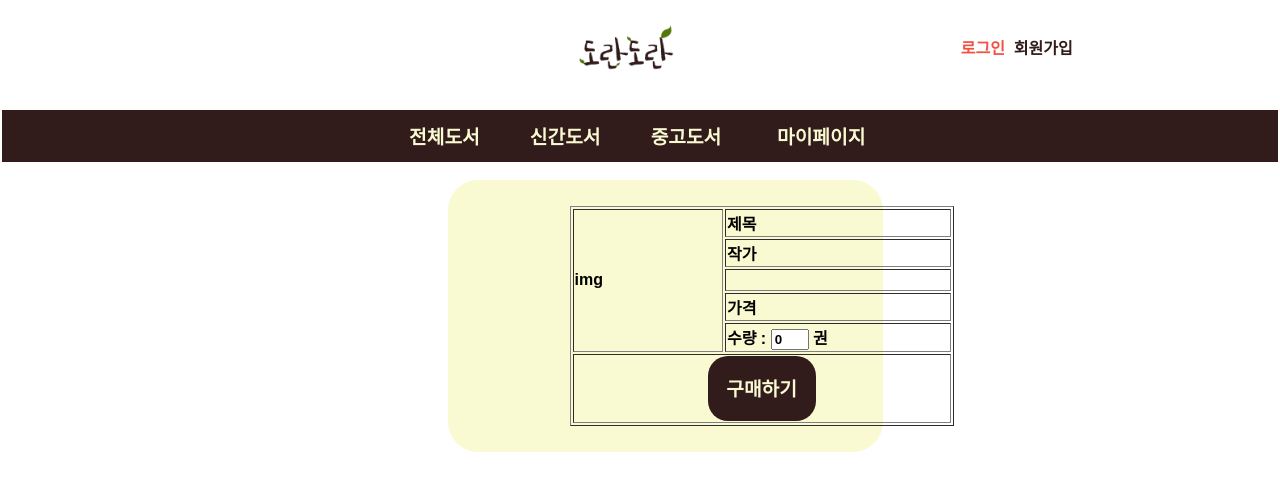
Repository: juhyun110701/DORANDORAN
Page: http://localhost/dorandoran/bookView.jsp
The author's editor kept a copy of each file at every save. The page is drawn from the files as they stood at one save, then again after a run of saves.
The browser window is 1280 px wide. The pictures show the whole page.
Some web fonts or font styles are not loaded; a fallback is used. The page is served by Tomcat 9. Other server files are loaded and not shown.

Above is the page before, as saved 2019-07-31 12:31:24.

### dorandoran/WebContent/bookView.jsp
<%@ page language="java" contentType="text/html; charset=UTF-8"
    pageEncoding="UTF-8" import="java.sql.*"%>
<%@ page import="doran.db.connection.DBConnection" %>
<!DOCTYPE html>
<html>
<head>
<meta charset="utf-8">
<title>도란도란</title>
<!--
<link rel="shortcut icon" href="img/logo.png">
<link rel="apple-touch-icon" href="img/logo_apple.png">
-->
<link rel="stylesheet" href="css/bookView.css">
<link href="https://fonts.googleapis.com/css?family=Sunflower:300&display=swap" rel="stylesheet">
<script>
//maxlength 체크
function maxLengthCheck(object){
 if (object.value.length > object.maxLength){
  object.value = object.value.slice(0, object.maxLength);
 }
}
</script>
</head>
<body>
<jsp:include page="top.jsp" flush="false"/><p>
<%
	//db연결
	Connection conn=null;
    PreparedStatement pstmt=null;
    String sql="select * from book where ";
%>
<div id="box">
<table border=1 id="whole" style="margin-left:25%;">
	<tr>
		<td rowspan=5 width="40%">img</td>
		<td>제목</td>
	</tr>
	<tr>
		<td>작가</td>
	</tr>
	<tr>
		<td><br></td>
	</tr>
	<tr>
		<td>가격</td>
	</tr>
	<tr>
		<td>
			수량 : <input type="number" name="amount" value=0 max=99 maxlength=2 style="width:30px;" oninput="maxLengthCheck(this)"> 권
		</td>
	</tr>
	<tr>
		<td colspan=2 align="center">
			<input type="button" id="buy" class="btn" value="구매하기">
		</td>
	</tr>
</table>
</div>

</body>
</html>

### dorandoran/WebContent/top.jsp
<%@ page language="java" contentType="text/html; charset=UTF-8"
    pageEncoding="UTF-8"%>
<!DOCTYPE html>
<html>
<head>
<meta charset="utf-8">
<title>도란도란</title>
<!--
<link rel="shortcut icon" href="img/logo.png">
<link rel="apple-touch-icon" href="img/logo_apple.png">
-->
<link rel="stylesheet" href="css/index.css">
<link href="https://fonts.googleapis.com/css?family=Sunflower:300&display=swap" rel="stylesheet">
<script>
	function check(){
		alert("로그인 후 이용하실 수 있습니다");
		return ;
	}
</script>
</head>
<body>
    <table id="whole">
        <tr>
            <td width="45%"></td>
            <td width="10%"><a href="index.jsp"><img src="img/logo.png" width="80%"></a></td>
            <td width="45%" style="padding-left:20%;">
            <div id="login"></div>
                		<a href="login.jsp" class="top_menu" style="color:#f54e42;" target="_top">로그인</a>&nbsp;
                		<a href="signup.jsp" class="top_menu" target="_top">회원가입</a><p>
            </td>
        </tr>
        <tr class="menu">
            <td colspan=3>
                <table width="100%" height="50px">
                    <tr>
                       <td width="30%"></td>
                        <td class="menu_in"><a href="index.jsp">전체도서</a></td>
                        <td class="menu_in"><a href="recentBook.jsp">신간도서</a></td>
                        <td class="menu_in"><a href="oldBook.jsp">중고도서</a></td>
                        <td class="menu_in"><a onclick="check()">마이페이지</a></td>
                        <td width="30%"></td>
                    </tr>
                </table></td>
        </tr>
    </table>
</body>
</html>

### dorandoran/WebContent/css/bookView.css
body{
    margin:0;
}

*{
    font-family: 'Sunflower', sans-serif;
    font-weight:bold;
}

#whole{
    width:100%;
    height:100%;
}

a{
    text-decoration: none;
}

#box{
    background-color:lightgoldenrodyellow;
    border-radius:30px;
    width:30%;
    margin-left: 35%;
    padding:2%;
}

.btn{
	background-color:#311b1b;
	color:lightgoldenrodyellow;
	border-radius:20px;
	border:0;
	outline:0;
	padding:5%;
	font-size:120%;
}

.top_menu{
    color:#311b1b;
}

.top_menu:hover{
    color:#ed6853;
}

#logout{
	background-color:transparent;
	border:none;
	outline:none;
}

.menu{
    background-color:#311b1b;
    text-align:center;
    font-size:120%;
}

.menu_in a{
    color:lightgoldenrodyellow;
    width:10%;
}

.menu_in a:hover{
    color:#ed6853;
}

### dorandoran/WebContent/css/index.css
body{
    margin:0;
}

*{
    font-family: 'Sunflower', sans-serif;
    font-weight:bold;
}

#whole{
    width:100%;
    height:100%;
}

a{
    text-decoration: none;
}

.top_menu{
    color:#311b1b;
}

.top_menu:hover{
    color:#ed6853;
}

#logout{
	background-color:transparent;
	border:none;
	outline:none;
}

.menu{
    background-color:#311b1b;
    text-align:center;
    font-size:120%;
}

.menu_in a{
    color:lightgoldenrodyellow;
    width:10%;
}

.menu_in a:hover{
    color:#ed6853;
}

After the next 2 saves:
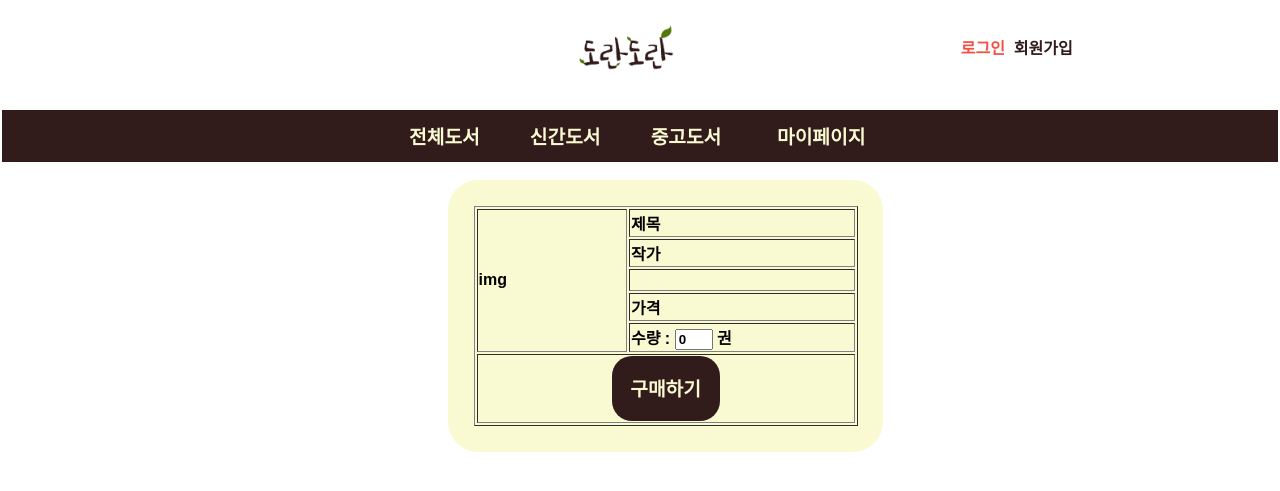
The 2 saves are shown as one change because they came seconds apart.
The last was saved 8 s later.
--- a/dorandoran/WebContent/bookView.jsp
+++ b/dorandoran/WebContent/bookView.jsp
@@ -30,7 +30,7 @@ function maxLengthCheck(object){
     String sql="select * from book where ";
 %>
 <div id="box">
-<table border=1 id="whole" style="margin-left:25%;">
+<table border=1 id="whole">
 	<tr>
 		<td rowspan=5 width="40%">img</td>
 		<td>제목</td>
